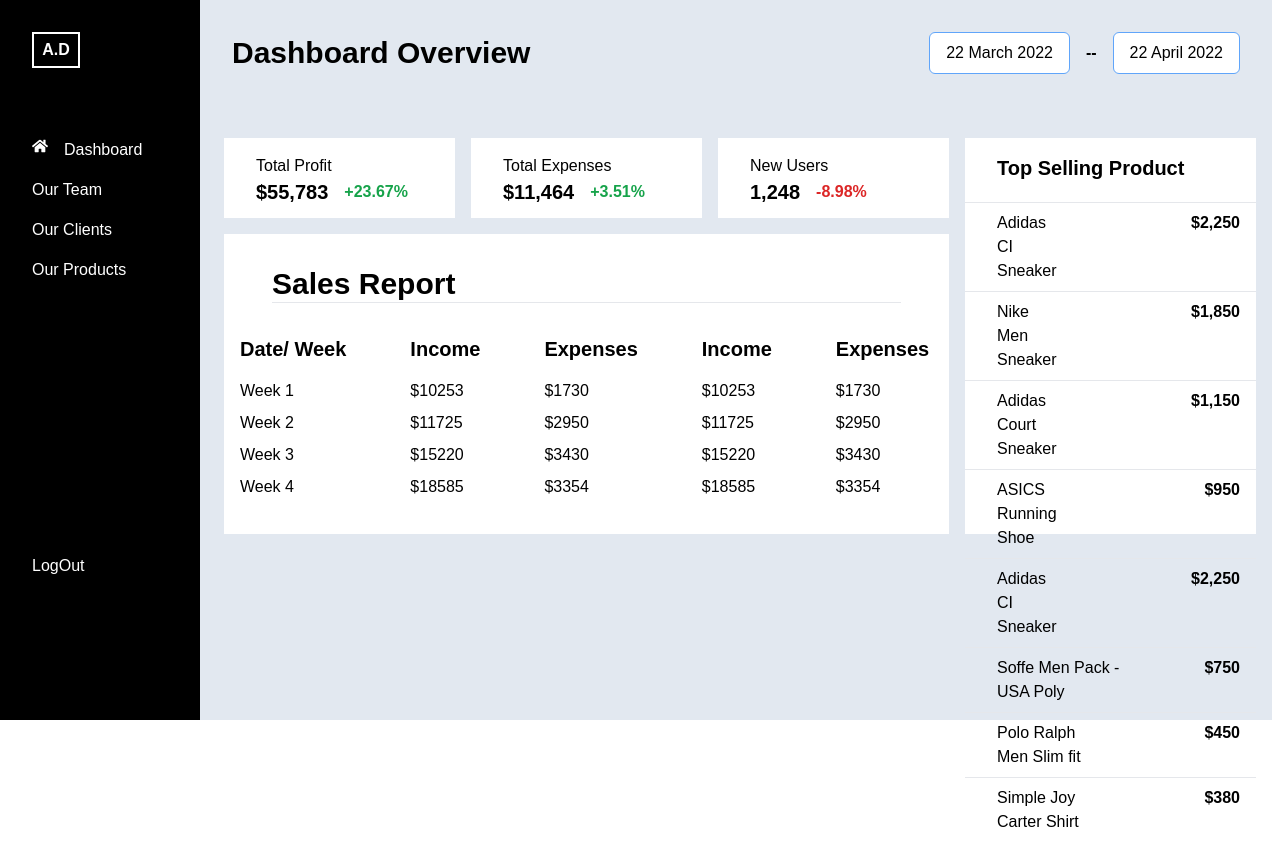
Repository: AngusOnyebuchi/Dashboard
Page: /dashboard
An editor plug-in stored every save of this project. The page is shown before and after the next save, followed by the edit.
The browser window is 1280 px wide. The pictures show the whole page.
The page's requests for data from a server got no answer. The project was rebuilt for these pictures with package versions that can differ from the ones it lists, and the page was loaded fresh each time. No one was signed in, and anything a server would have sent is missing. Also part of the build but not shown: src/components/Login.js, src/components/Register.js, src/components/Team.js, src/components/Clients.js, src/components/Products.js.

Above is the page before, as saved 2022-05-26 15:04:07.

After the next save:
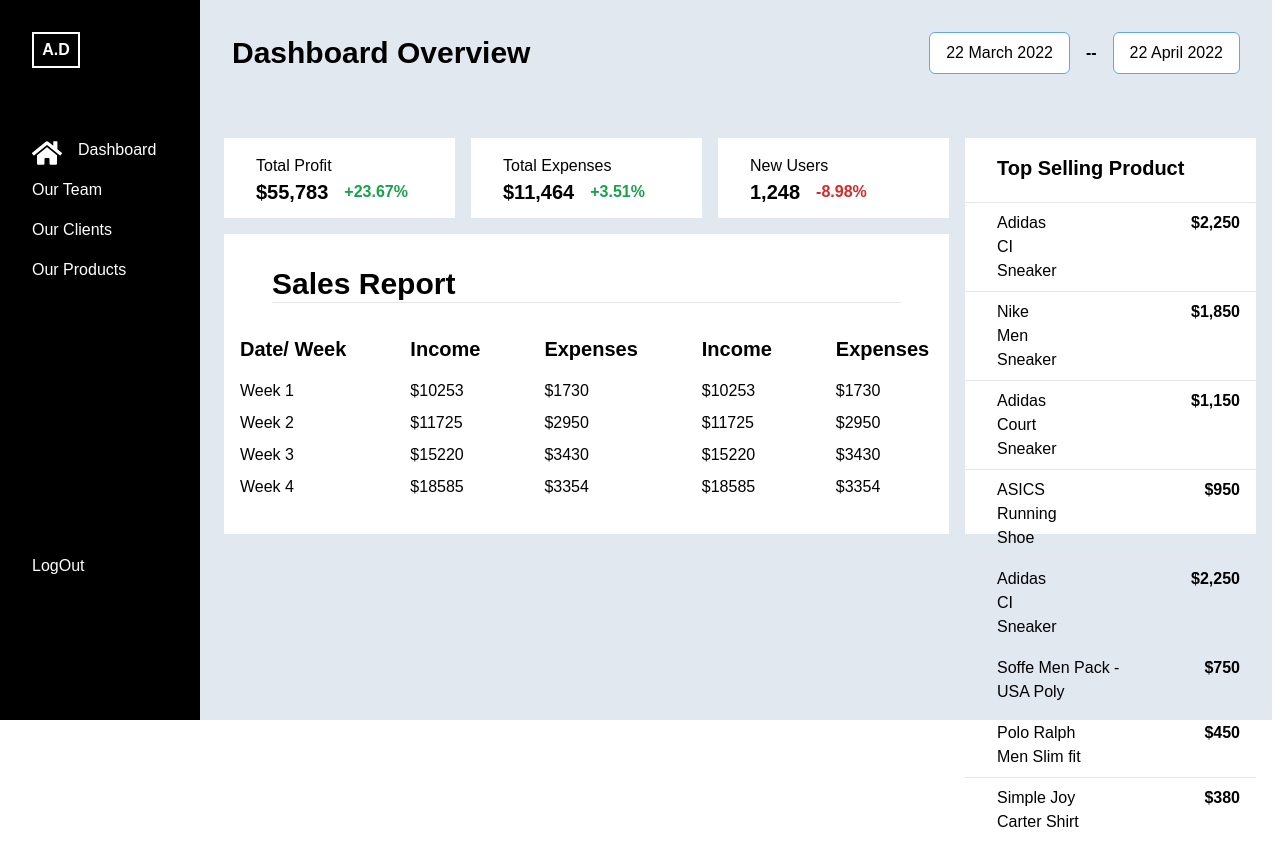
Saved 32 s later.
--- a/src/components/NavBar.js
+++ b/src/components/NavBar.js
@@ -13,7 +13,7 @@ export default function NavBar() {
         <div className='mt-[70px]'>
                 <NavLink to='/dashboard'>
                   <div className='flex gap-4 text-center'>
-                  <FaHome/>
+                  <FaHome size={30}/>
                   <p className='cursor-pointer mb-4'>Dashboard</p>
                   </div>
                   </NavLink>
